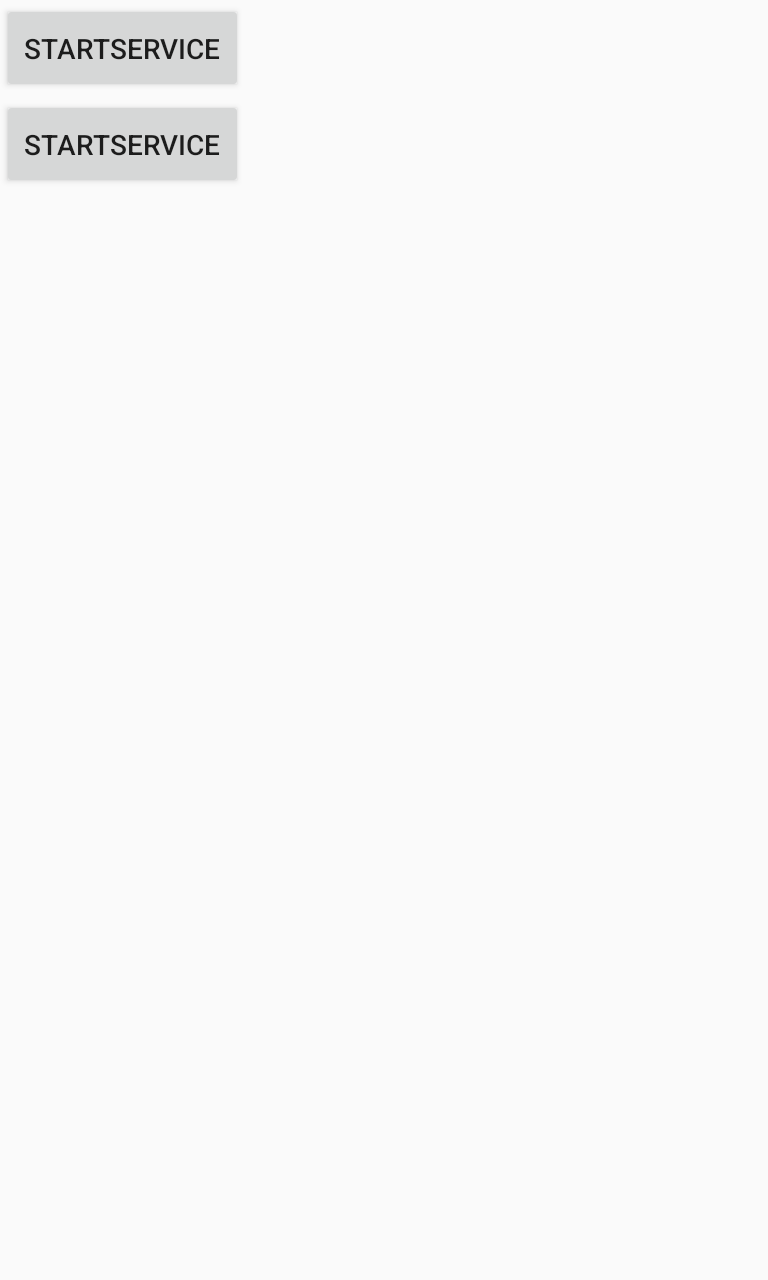
Repository: chenchangqing/learnandroid
Layout: example03/res/layout/activity_main.xml
The author's editor kept a copy of each file at every save. The layout is drawn from the files as they stood at one save, then again after the next save.
It is drawn on a 768 x 1280 px phone screen (xhdpi) without system bars, with theme AppTheme; the app's code is not run.

Above is the layout before, as saved 2015-08-16 13:35:32.

### example03/res/layout/activity_main.xml
<LinearLayout xmlns:android="http://schemas.android.com/apk/res/android"
    xmlns:tools="http://schemas.android.com/tools"
    android:layout_width="match_parent"
    android:layout_height="match_parent"
    android:orientation="vertical"
    tools:context="com.example.example03.MainActivity" >

    <Button
        android:id="@+id/startService"
        style="?android:attr/buttonStyleSmall"
        android:layout_width="wrap_content"
        android:layout_height="wrap_content"
        android:text="startService" />

    <Button
        android:id="@+id/stopService"
        style="?android:attr/buttonStyleSmall"
        android:layout_width="wrap_content"
        android:layout_height="wrap_content"
        android:text="startService" />

</LinearLayout>

Loaded but not shown: example03/res/values/styles.xml (common file); example03/res/values-v11/styles.xml (common file); example03/res/values-v14/styles.xml (common file)

After the next save:
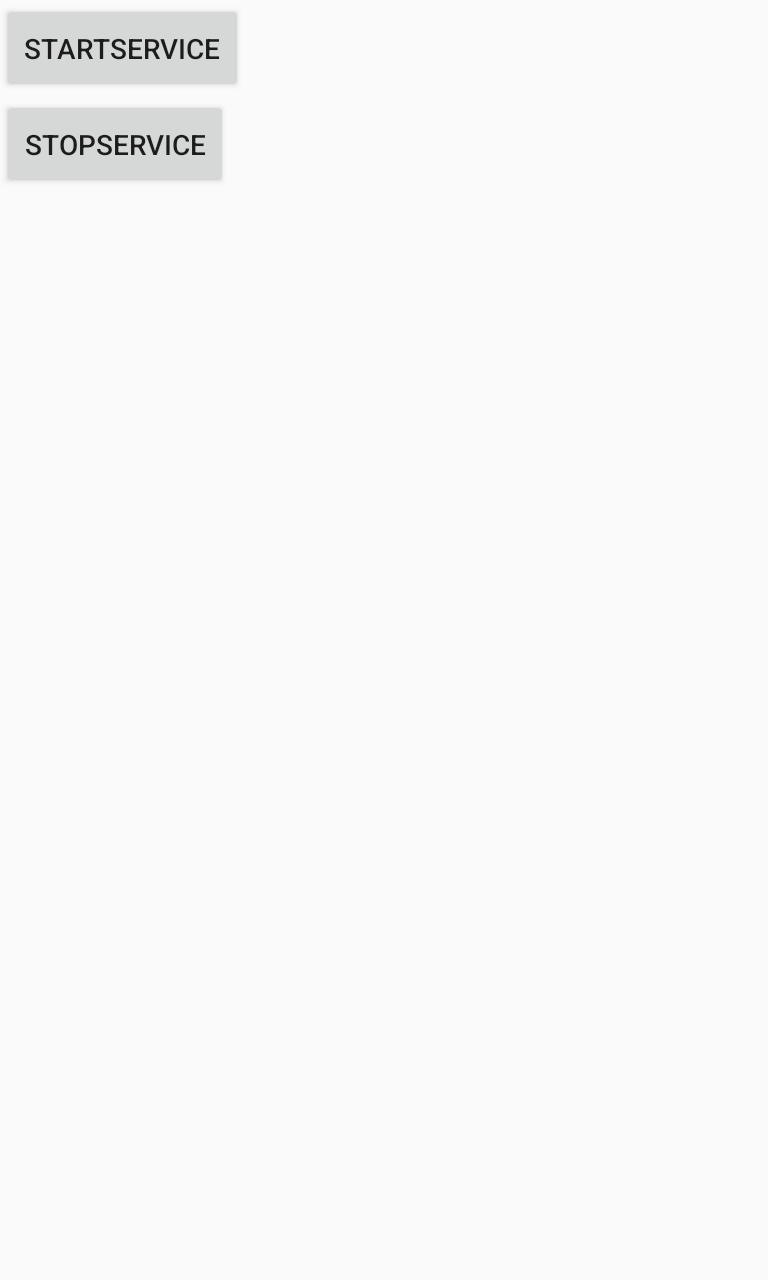
Saved 20 s later.
--- a/example03/res/layout/activity_main.xml
+++ b/example03/res/layout/activity_main.xml
@@ -17,6 +17,6 @@
         style="?android:attr/buttonStyleSmall"
         android:layout_width="wrap_content"
         android:layout_height="wrap_content"
-        android:text="startService" />
+        android:text="stopService" />
 
 </LinearLayout>
